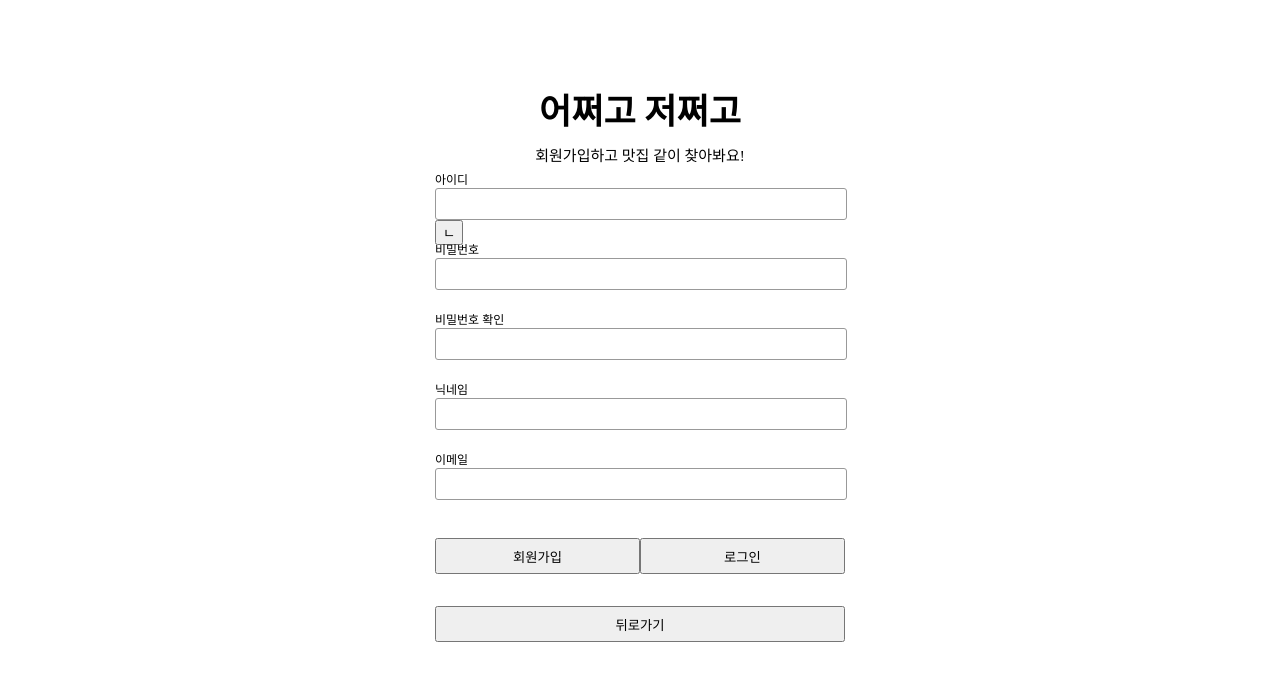
Repository: zzangyu/koreanFoodsProject
Page: http://localhost/koreanFoodsProject/koreanFoods/signUp.jsp
These files come from the project's save history. The page is drawn as it stood at one moment and after a run of saves; the edit follows.
The browser window is 1280 px wide. The pictures show the whole page.
Some web libraries are served in a nearby version. The page is served by Tomcat 9.

Above is the page before, as saved 2023-01-04 07:31:48.

After the next 2 saves:
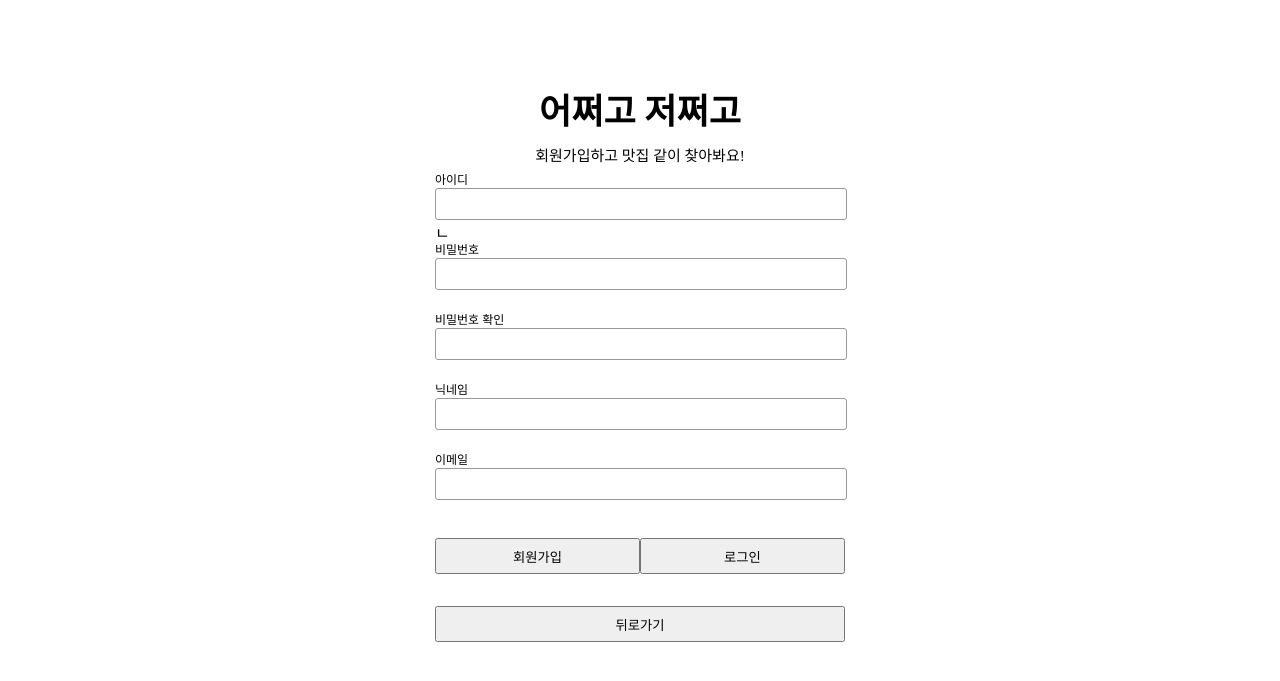
The 2 saves are shown as one change because they came seconds apart.
The last was saved 67 s later.
--- a/koreanFoodsProject/src/main/webapp/koreanFoods/signUp.jsp
+++ b/koreanFoodsProject/src/main/webapp/koreanFoods/signUp.jsp
@@ -18,7 +18,7 @@
 				<label class="signUp_textSize">아이디</label>
 				<div>
 					<input type="text" name="kf_id" id="kf_id" class="signUp_input" maxLength="16">
-					<button onclick="idCheck()">ㄴ</button>
+					<div onclick="idCheck()">ㄴ</div>
 					<div class="signUp_check_textSize" id="signUp_idCheck"></div>
 				</div>
 			</div>
